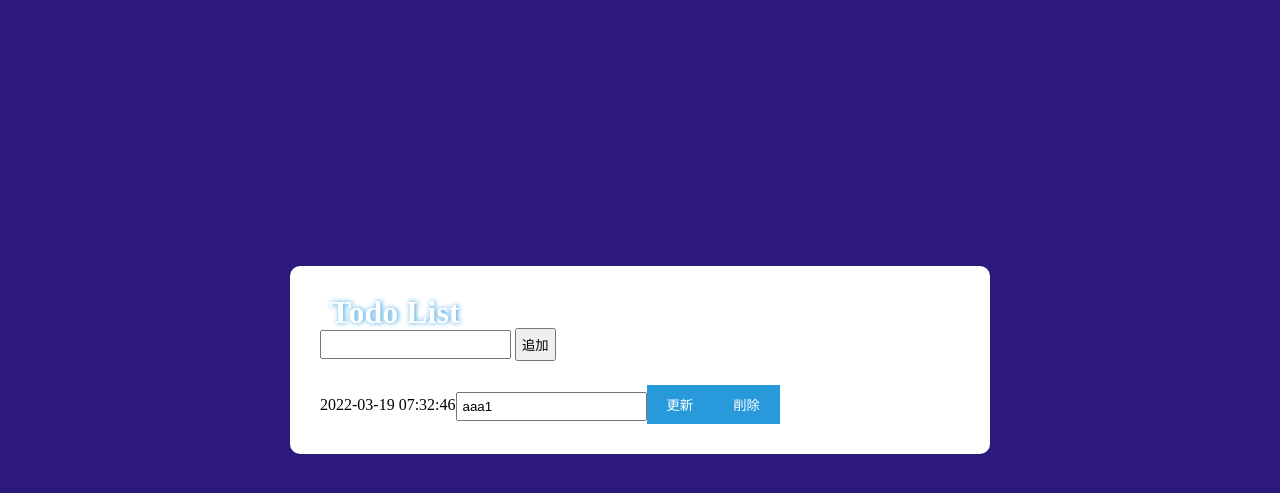
Repository: azuma2/todo
Page: http://localhost/todo/create
The author's editor kept a copy of each file at every save. The page is drawn from the files as they stood at one save, then again after the next save.
The browser window is 1280 px wide. The pictures show the whole page.
The page is served by the project's Laravel application, run on PHP 8.4 with Laravel 8.

Above is the page before, as saved 2022-03-20 02:11:23.

After the next save:
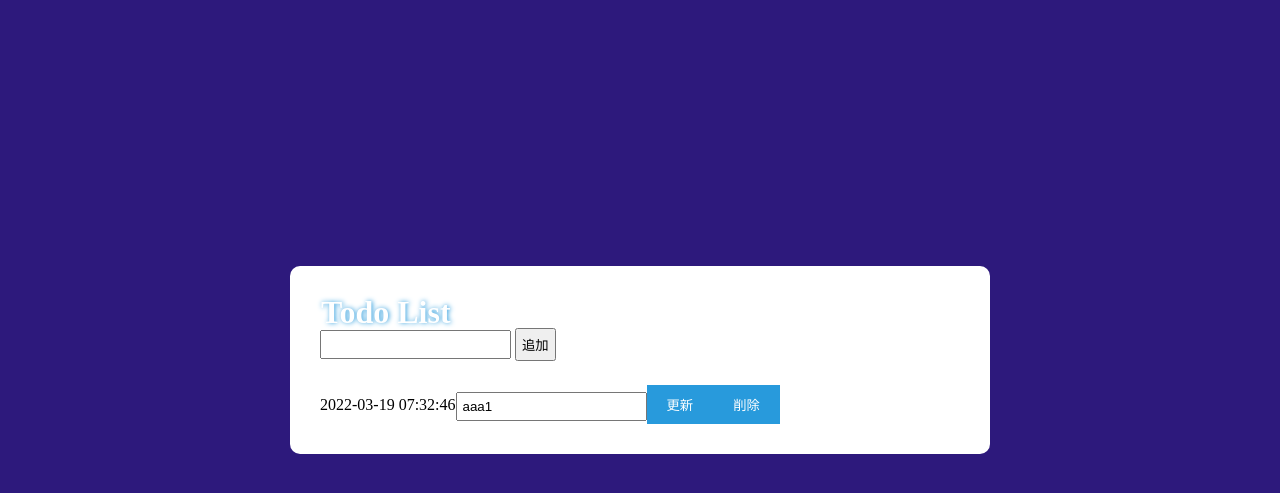
Saved 11 s later.
--- a/resources/views/layouts/default.blade.php
+++ b/resources/views/layouts/default.blade.php
@@ -30,7 +30,7 @@
       font-size:32px;
       color:white;
       text-shadow:1px 0 5px #289ADC;
-      margin-left: 10px
+      margin-left: 1px
     }
     .content {
       margin:10px;
